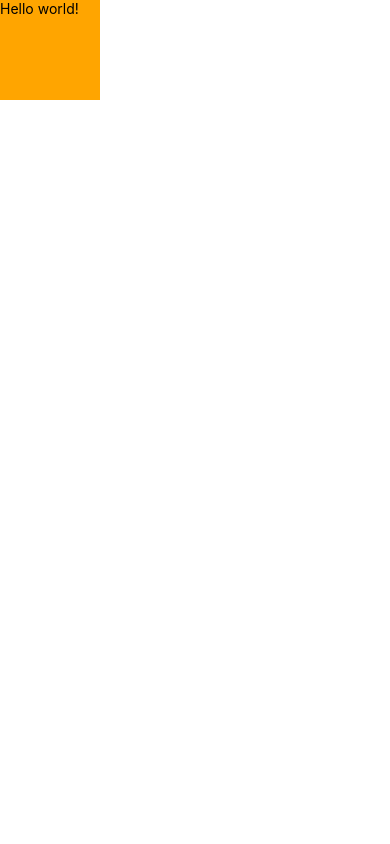
Repository: akinmiday/fcc
Screen: / (app in WeatherApp/)
These files come from the project's save history. The screen is drawn as it stood at one moment and after the next save; the edit follows.
The app was drawn by React Native's web renderer in a window 390 px wide. The project was rebuilt for these pictures with package versions that can differ from the ones it lists, and the page was loaded fresh each time.

Above is the screen before, as saved 2023-07-18 06:25:38.

### WeatherApp/App.js
import { StatusBar } from 'expo-status-bar';
import { StyleSheet, Text, View } from 'react-native';

export default function App() {
  const message = 'hello'
  return (
    <View style={{height: 100, width: 100, backgroundColor: 'orange'}}>
      <Text>Hello world!</Text>
    </View>
  );
}


const styles = StyleSheet.create({
  container: {
    flex: 1,
    backgroundColor: '#fff',
    alignItems: 'center',
    justifyContent: 'center',
  },
});

After the next save:
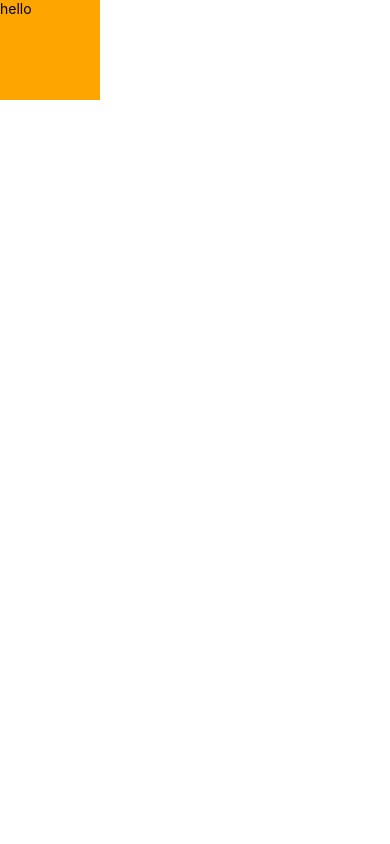
Saved 29 s later.
--- a/WeatherApp/App.js
+++ b/WeatherApp/App.js
@@ -5,7 +5,7 @@ export default function App() {
   const message = 'hello'
   return (
     <View style={{height: 100, width: 100, backgroundColor: 'orange'}}>
-      <Text>Hello world!</Text>
+      <Text>{message}</Text>
     </View>
   );
 }
